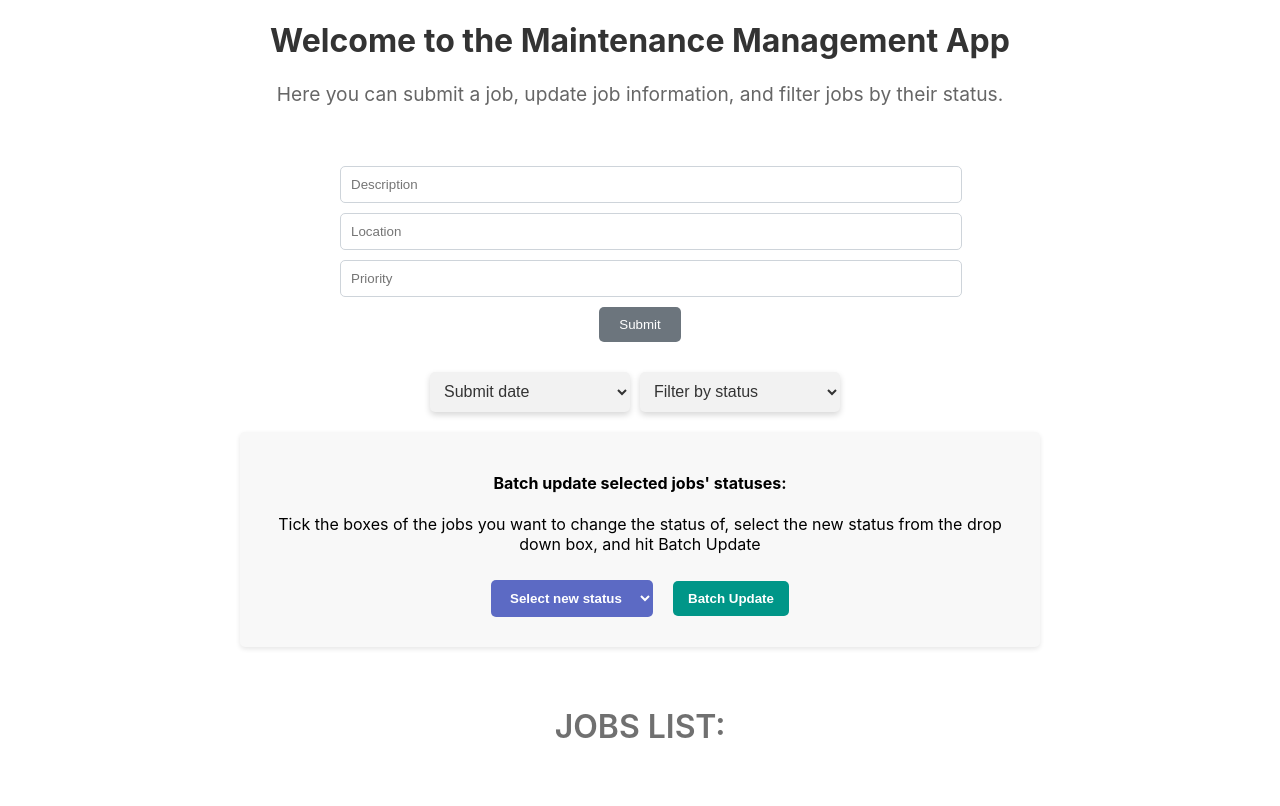
Repository: mikasteyn999/Maintenance-Manager-App
Page: / (app in frontend/)
An editor plug-in stored every save of this project. The page is shown before and after the next save, followed by the edit.
The browser window is 1280 px wide. The pictures show the whole page.
The page's requests for data from a server got no answer. The project was rebuilt for these pictures with package versions that can differ from the ones it lists, and the page was loaded fresh each time. No one was signed in, and anything a server would have sent is missing. Also part of the build but not shown: frontend/src/style/Job.css, frontend/src/components/Job.js, frontend/src/style/JobUpdateForm.css, frontend/src/components/JobUpdateForm.js.

Above is the page before, as saved 2023-06-05 16:55:33.

After the next save:
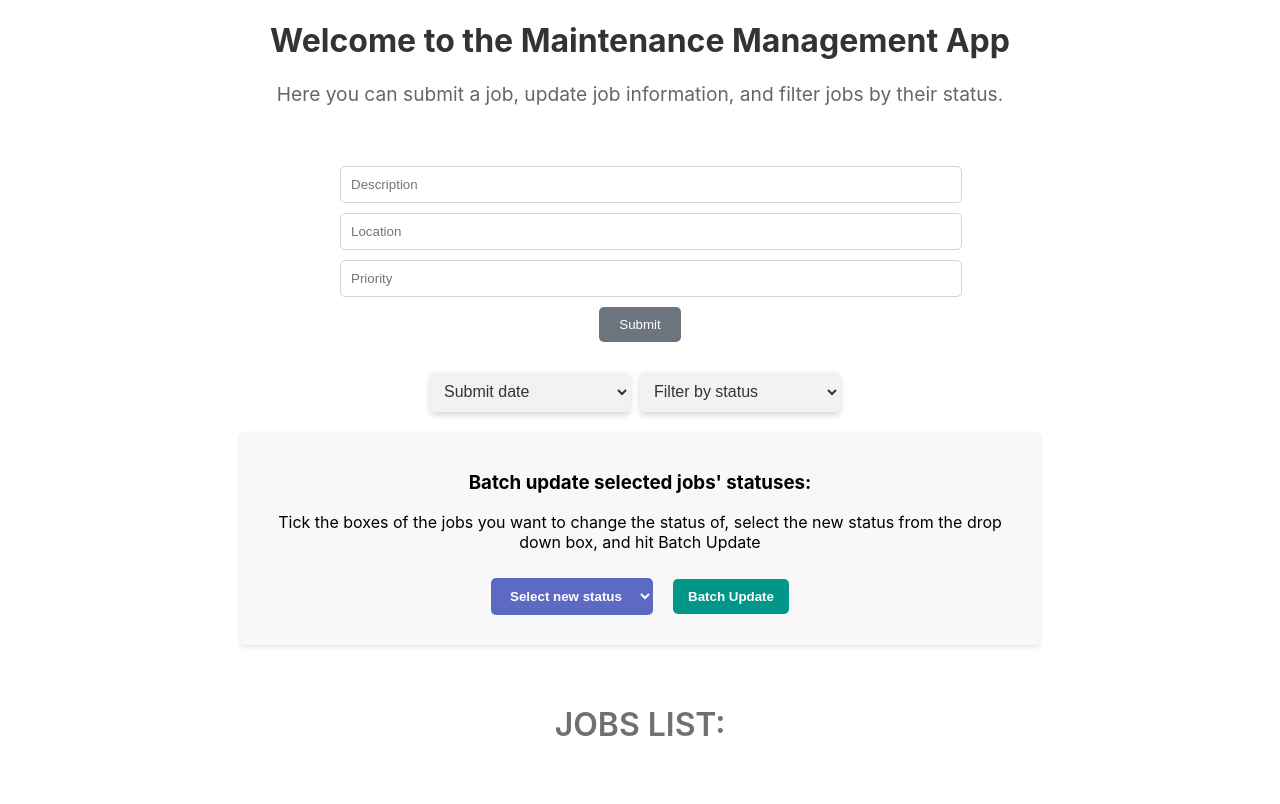
Saved 14 s later.
--- a/frontend/src/components/JobsList.js
+++ b/frontend/src/components/JobsList.js
@@ -115,7 +115,7 @@ const JobsList = () => {
 
         {/* Batch update */}
         <div className='batch-update'>
-          <h4>Batch update selected jobs' statuses:</h4>
+          <h3>Batch update selected jobs' statuses:</h3>
           <p>Tick the boxes of the jobs you want to change the status of, select the new status from the drop down box, and hit Batch Update</p>
           <select id="batchStatusUpdate" name="batchStatusUpdate">
             <option value="">Select new status</option>
